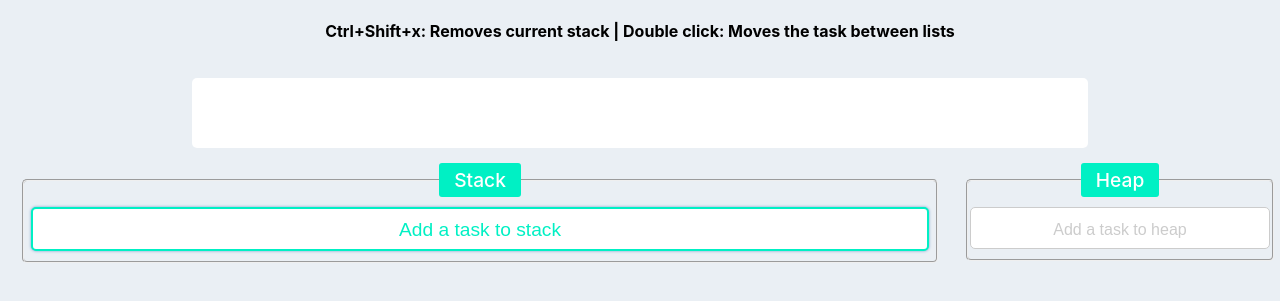
Repository: litalsh/meeting_v1
Page: /
An editor plug-in stored every save of this project. The page is shown before and after the next save, followed by the edit.
The browser window is 1280 px wide. The pictures show the whole page.
The project was rebuilt for these pictures with package versions that can differ from the ones it lists, and the page was loaded fresh each time. Also part of the build but not shown: src/Task.js.

Above is the page before, as saved 2020-12-09 09:41:12.

After the next save:
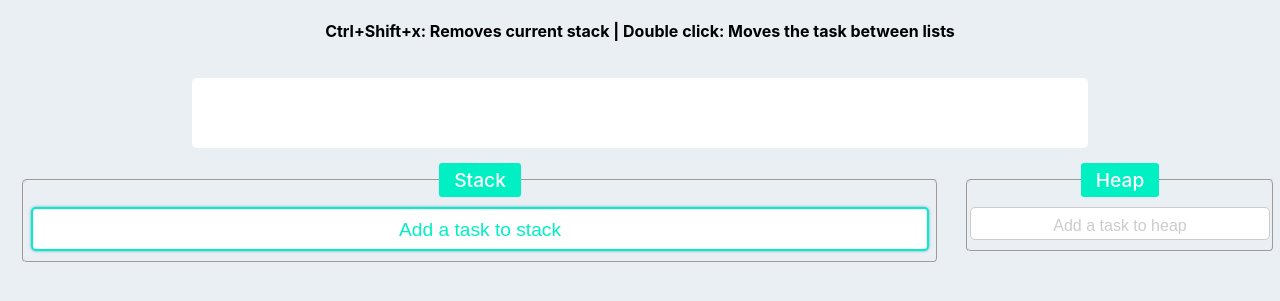
Saved 2 min 26 s later.
--- a/src/App.css
+++ b/src/App.css
@@ -95,7 +95,7 @@ li {
 .heap-input {
   border: 1px solid #ccc;
   width: 98%;
-  line-height: 40px;
+  line-height: 1.5em;
   margin: 5px auto;
   position: relative;
   text-align: center;
